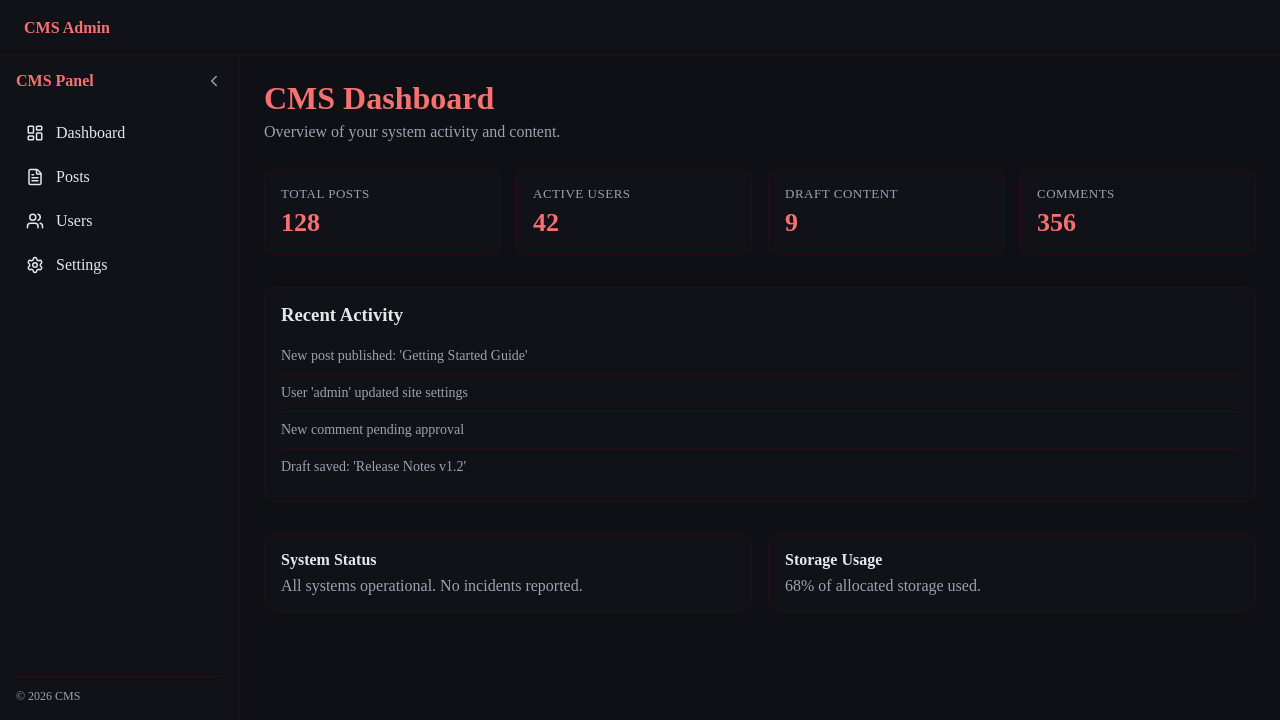
Repository: rajendratamang/react-dashboard
Page: /
The author's editor kept a copy of each file at every save. The page is drawn from the files as they stood at one save, then again after the next save.
The browser window is 1280 px wide. The pictures show the whole page.
The project was rebuilt for these pictures with package versions that can differ from the ones it lists, and the page was loaded fresh each time. Also part of the build but not shown: vite.config.ts.

Above is the page before, as saved 2026-01-16 20:33:42.

### src/App.tsx
import MainLayout from "./layouts/MainLayout";
import Dashboard from "./pages/Dashboard";

function App() {
  return (
    <MainLayout>
      <Dashboard />
    </MainLayout>
  );
}

export default App;

### src/index.css
* {
  margin: 0;
  padding: 0;
  box-sizing: border-box;
}

html, body, #root {
  height: 100%;
  width: 100%;
}

### src/layouts/MainLayout.tsx
import { ReactNode } from "react";
import Sidebar from "../components/Sidebar";

type MainLayoutProps = {
  children: ReactNode;
};

export default function MainLayout({ children }: MainLayoutProps) {
  return (
    <div
      style={{
        height: "100%",
        width: "100%",
        display: "flex",
        flexDirection: "column",
        backgroundColor: "#0b0b0f" // app background (blackish)
      }}
    >
      {/* Header */}
      <header
        style={{
          height: "56px",
          width: "100%",
          backgroundColor: "#111118",
          borderBottom: "1px solid #2a0f14",
          display: "flex",
          alignItems: "center",
          padding: "0 24px",
          fontWeight: 600,
          color: "#f87171" // soft red
        }}
      >
        CMS Admin
      </header>

      {/* Body */}
      <div
        style={{
          flex: 1,
          display: "flex",
          width: "100%",
          overflow: "hidden"
        }}
      >
        {/* Sidebar */}
        <Sidebar />

        {/* Main Content */}
        <main
          style={{
            flex: 1,
            backgroundColor: "#0f0f16",
            color: "#e5e7eb",
            overflowY: "auto"
          }}
        >
          {children}
        </main>
      </div>
    </div>
  );
}

### src/pages/Dashboard.tsx
const cardStyle: React.CSSProperties = {
  backgroundColor: "#111118",
  border: "1px solid #2a0f14",
  borderRadius: "12px",
  padding: "16px"
};

export default function Dashboard() {
  return (
    <div style={{ padding: "24px" }}>
      {/* Header */}
      <div style={{ marginBottom: "28px" }}>
        <h1 style={{ color: "#f87171", marginBottom: "6px" }}>
          CMS Dashboard
        </h1>
        <p style={{ color: "#9ca3af" }}>
          Overview of your system activity and content.
        </p>
      </div>

      {/* Stats */}
      <div
        style={{
          display: "grid",
          gridTemplateColumns: "repeat(auto-fit, minmax(200px, 1fr))",
          gap: "16px",
          marginBottom: "32px"
        }}
      >
        {[
          { label: "Total Posts", value: "128" },
          { label: "Active Users", value: "42" },
          { label: "Draft Content", value: "9" },
          { label: "Comments", value: "356" }
        ].map((item) => (
          <div key={item.label} style={cardStyle}>
            <div
              style={{
                fontSize: "13px",
                color: "#9ca3af",
                marginBottom: "6px",
                textTransform: "uppercase",
                letterSpacing: "0.04em"
              }}
            >
              {item.label}
            </div>
            <div
              style={{
                fontSize: "26px",
                fontWeight: 700,
                color: "#f87171"
              }}
            >
              {item.value}
            </div>
          </div>
        ))}
      </div>

      {/* Activity */}
      <div style={{ ...cardStyle, marginBottom: "32px" }}>
        <h3 style={{ color: "#e5e7eb", marginBottom: "12px" }}>
          Recent Activity
        </h3>

        {[
          "New post published: 'Getting Started Guide'",
          "User 'admin' updated site settings",
          "New comment pending approval",
          "Draft saved: 'Release Notes v1.2'"
        ].map((activity, index, arr) => (
          <div
            key={index}
            style={{
              padding: "10px 0",
              borderBottom:
                index !== arr.length - 1
                  ? "1px solid #2a0f14"
                  : "none",
              color: "#9ca3af",
              fontSize: "14px"
            }}
          >
            {activity}
          </div>
        ))}
      </div>

      {/* System */}
      <div
        style={{
          display: "grid",
          gridTemplateColumns: "repeat(auto-fit, minmax(280px, 1fr))",
          gap: "16px"
        }}
      >
        <div style={cardStyle}>
          <h4 style={{ color: "#e5e7eb", marginBottom: "8px" }}>
            System Status
          </h4>
          <p style={{ color: "#9ca3af" }}>
            All systems operational. No incidents reported.
          </p>
        </div>

        <div style={cardStyle}>
          <h4 style={{ color: "#e5e7eb", marginBottom: "8px" }}>
            Storage Usage
          </h4>
          <p style={{ color: "#9ca3af" }}>
            68% of allocated storage used.
          </p>
        </div>
      </div>
    </div>
  );
}

### src/components/Sidebar.tsx
import { useState } from "react";
import {
  LayoutDashboard,
  FileText,
  Users,
  Settings,
  ChevronLeft,
  ChevronRight
} from "lucide-react";

type MenuItem = {
  label: string;
  icon: React.ElementType;
};

const menuItems: MenuItem[] = [
  { label: "Dashboard", icon: LayoutDashboard },
  { label: "Posts", icon: FileText },
  { label: "Users", icon: Users },
  { label: "Settings", icon: Settings }
];

export default function Sidebar() {
  const [collapsed, setCollapsed] = useState(false);

  return (
    <aside
      style={{
        width: collapsed ? "72px" : "240px",
        backgroundColor: "#111118",
        borderRight: "1px solid #2a0f14",
        padding: "16px",
        display: "flex",
        flexDirection: "column",
        transition: "width 0.25s ease"
      }}
    >
      {/* Brand + Toggle */}
      <div
        style={{
          display: "flex",
          alignItems: "center",
          justifyContent: collapsed ? "center" : "space-between",
          marginBottom: "24px"
        }}
      >
        {!collapsed && (
          <span
            style={{
              fontSize: "16px",
              fontWeight: 700,
              color: "#f87171"
            }}
          >
            CMS Panel
          </span>
        )}

        <button
          onClick={() => setCollapsed(!collapsed)}
          style={{
            background: "none",
            border: "none",
            color: "#9ca3af",
            cursor: "pointer",
            display: "flex",
            alignItems: "center"
          }}
        >
          {collapsed ? <ChevronRight size={18} /> : <ChevronLeft size={18} />}
        </button>
      </div>

      {/* Menu */}
      <nav style={{ flex: 1 }}>
        {menuItems.map((item) => {
          const Icon = item.icon;

          return (
            <div
              key={item.label}
              style={{
                display: "flex",
                alignItems: "center",
                gap: collapsed ? "0" : "12px",
                justifyContent: collapsed ? "center" : "flex-start",
                padding: "10px",
                borderRadius: "8px",
                cursor: "pointer",
                marginBottom: "6px",
                color: "#e5e7eb",
                transition: "background 0.2s ease, color 0.2s ease"
              }}
              onMouseEnter={(e) => {
                e.currentTarget.style.backgroundColor = "#1a0f14";
                e.currentTarget.style.color = "#f87171";
              }}
              onMouseLeave={(e) => {
                e.currentTarget.style.backgroundColor = "transparent";
                e.currentTarget.style.color = "#e5e7eb";
              }}
            >
              <Icon size={18} />
              {!collapsed && <span>{item.label}</span>}
            </div>
          );
        })}
      </nav>

      {/* Footer */}
      {!collapsed && (
        <div
          style={{
            fontSize: "12px",
            color: "#9ca3af",
            paddingTop: "12px",
            borderTop: "1px solid #2a0f14"
          }}
        >
          © 2026 CMS
        </div>
      )}
    </aside>
  );
}

Loaded but not shown: index.html (common file); src/main.tsx (common file)

After the next save:
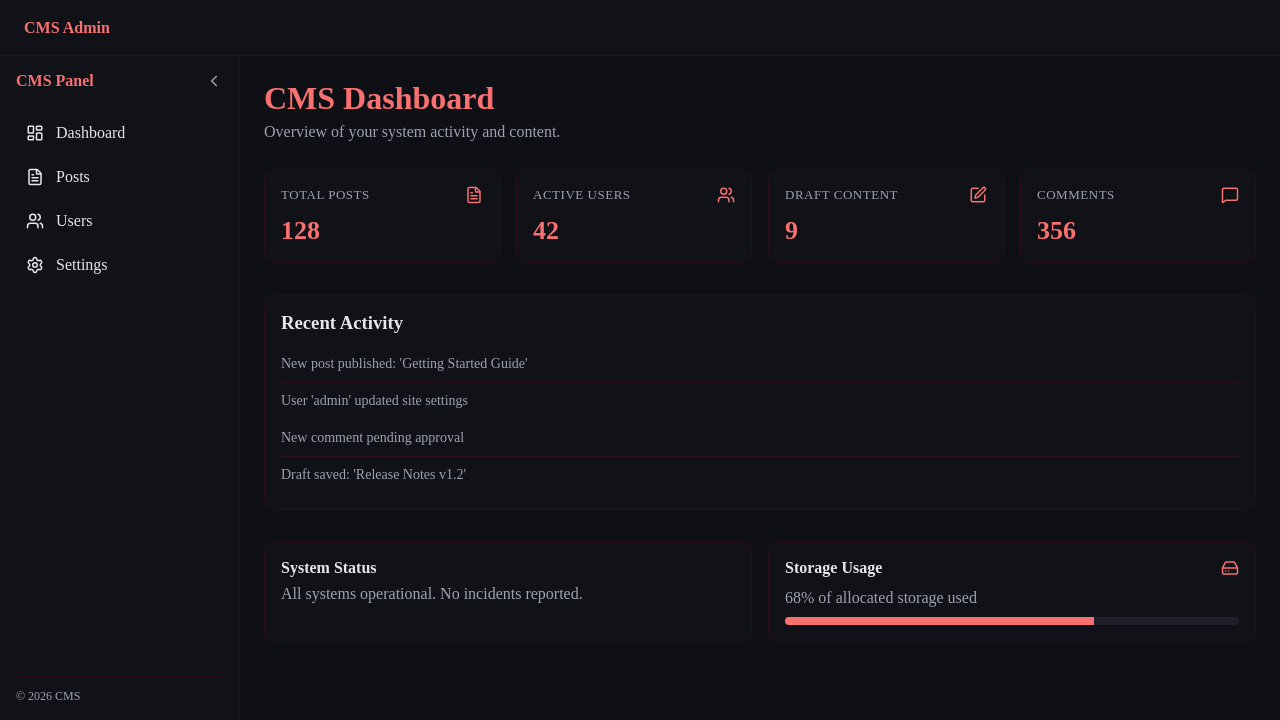
Saved 66 s later.
--- a/src/pages/Dashboard.tsx
+++ b/src/pages/Dashboard.tsx
@@ -1,3 +1,11 @@
+import {
+  FileText,
+  Users,
+  Edit,
+  MessageSquare,
+  HardDrive
+} from "lucide-react";
+
 const cardStyle: React.CSSProperties = {
   backgroundColor: "#111118",
   border: "1px solid #2a0f14",
@@ -6,6 +14,15 @@ const cardStyle: React.CSSProperties = {
 };
 
 export default function Dashboard() {
+  const storageUsed = 68;
+
+  const stats = [
+    { label: "Total Posts", value: "128", icon: FileText },
+    { label: "Active Users", value: "42", icon: Users },
+    { label: "Draft Content", value: "9", icon: Edit },
+    { label: "Comments", value: "356", icon: MessageSquare }
+  ];
+
   return (
     <div style={{ padding: "24px" }}>
       {/* Header */}
@@ -18,47 +35,57 @@ export default function Dashboard() {
         </p>
       </div>
 
-      {/* Stats */}
+      {/* Stats with Icons */}
       <div
         style={{
           display: "grid",
-          gridTemplateColumns: "repeat(auto-fit, minmax(200px, 1fr))",
+          gridTemplateColumns: "repeat(auto-fit, minmax(220px, 1fr))",
           gap: "16px",
           marginBottom: "32px"
         }}
       >
-        {[
-          { label: "Total Posts", value: "128" },
-          { label: "Active Users", value: "42" },
-          { label: "Draft Content", value: "9" },
-          { label: "Comments", value: "356" }
-        ].map((item) => (
-          <div key={item.label} style={cardStyle}>
-            <div
-              style={{
-                fontSize: "13px",
-                color: "#9ca3af",
-                marginBottom: "6px",
-                textTransform: "uppercase",
-                letterSpacing: "0.04em"
-              }}
-            >
-              {item.label}
+        {stats.map((item) => {
+          const Icon = item.icon;
+
+          return (
+            <div key={item.label} style={cardStyle}>
+              <div
+                style={{
+                  display: "flex",
+                  alignItems: "center",
+                  justifyContent: "space-between",
+                  marginBottom: "12px"
+                }}
+              >
+                <span
+                  style={{
+                    fontSize: "13px",
+                    color: "#9ca3af",
+                    textTransform: "uppercase",
+                    letterSpacing: "0.04em"
+                  }}
+                >
+                  {item.label}
+                </span>
+
+                <Icon size={18} color="#f87171" />
+              </div>
+
+              <div
+                style={{
+                  fontSize: "26px",
+                  fontWeight: 700,
+                  color: "#f87171"
+                }}
+              >
+                {item.value}
+              </div>
             </div>
-            <div
-              style={{
-                fontSize: "26px",
-                fontWeight: 700,
-                color: "#f87171"
-              }}
-            >
-              {item.value}
-            </div>
-          </div>
-        ))}
+          );
+        })}
       </div>
 
-      {/* Activity */}
+      {/* Recent Activity */}
       <div style={{ ...cardStyle, marginBottom: "32px" }}>
         <h3 style={{ color: "#e5e7eb", marginBottom: "12px" }}>
           Recent Activity
@@ -87,7 +114,7 @@ export default function Dashboard() {
         ))}
       </div>
 
-      {/* System */}
+      {/* System Status + Storage */}
       <div
         style={{
           display: "grid",
@@ -104,13 +131,45 @@ export default function Dashboard() {
           </p>
         </div>
 
+        {/* Storage Usage with Progress */}
         <div style={cardStyle}>
-          <h4 style={{ color: "#e5e7eb", marginBottom: "8px" }}>
-            Storage Usage
-          </h4>
-          <p style={{ color: "#9ca3af" }}>
-            68% of allocated storage used.
+          <div
+            style={{
+              display: "flex",
+              alignItems: "center",
+              justifyContent: "space-between",
+              marginBottom: "12px"
+            }}
+          >
+            <h4 style={{ color: "#e5e7eb" }}>
+              Storage Usage
+            </h4>
+            <HardDrive size={18} color="#f87171" />
+          </div>
+
+          <p style={{ color: "#9ca3af", marginBottom: "10px" }}>
+            {storageUsed}% of allocated storage used
           </p>
+
+          {/* Progress Bar */}
+          <div
+            style={{
+              height: "8px",
+              width: "100%",
+              backgroundColor: "#1f1f2a",
+              borderRadius: "999px",
+              overflow: "hidden"
+            }}
+          >
+            <div
+              style={{
+                height: "100%",
+                width: `${storageUsed}%`,
+                backgroundColor: "#f87171",
+                transition: "width 0.3s ease"
+              }}
+            />
+          </div>
         </div>
       </div>
     </div>
